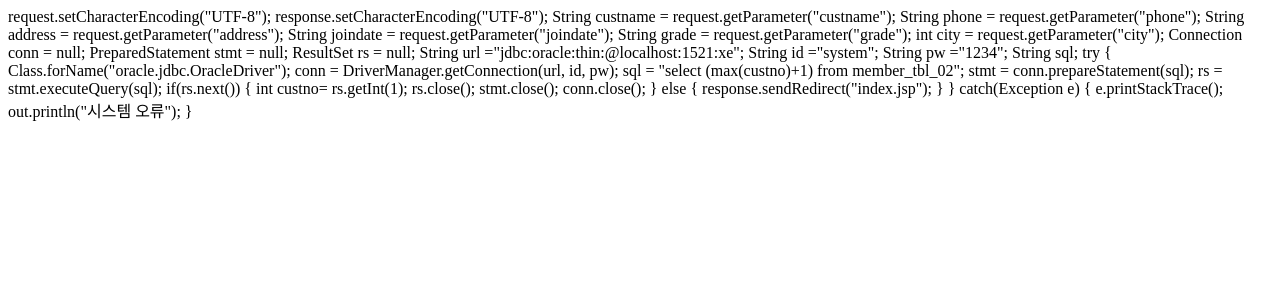
Repository: foodduck/HRD_exam
Page: http://localhost/HRD_1234/registerPro.jsp
An editor plug-in stored every save of this project. The page is shown before and after the next save, followed by the edit.
The browser window is 1280 px wide. The pictures show the whole page.
The page is served by Tomcat 9.

Above is the page before, as saved 2022-02-14 10:02:42.

### HRD_1234/WebContent/registerPro.jsp
<%@ page language="java" contentType="text/html; charset=UTF-8"
    pageEncoding="UTF-8"%>
<%@ page import="java.sql.*" %>
<%@page import="java.util.Date" %>
<%@page import="java.text.SimpleDateFormat" %>

	request.setCharacterEncoding("UTF-8");
	response.setCharacterEncoding("UTF-8");

	String custname = request.getParameter("custname");
	String phone = request.getParameter("phone");
	String address = request.getParameter("address");
	String joindate = request.getParameter("joindate");
	String grade = request.getParameter("grade");
	int city = request.getParameter("city");

	Connection conn = null;
	PreparedStatement stmt = null;
	ResultSet rs = null;
	String url ="jdbc:oracle:thin:@localhost:1521:xe";
	String id ="system";
	String pw ="1234";
	String sql;

	try {
		Class.forName("oracle.jdbc.OracleDriver");
		conn = DriverManager.getConnection(url, id, pw);
		sql = "select (max(custno)+1) from member_tbl_02";
		stmt = conn.prepareStatement(sql);
		rs = stmt.executeQuery(sql);

		if(rs.next()) {
			int custno= rs.getInt(1);
			rs.close();
			stmt.close();
			conn.close();
		} else {
			response.sendRedirect("index.jsp");
		}
	} catch(Exception e) {
		e.printStackTrace();
		out.println("시스템 오류");
	}

After the next save:
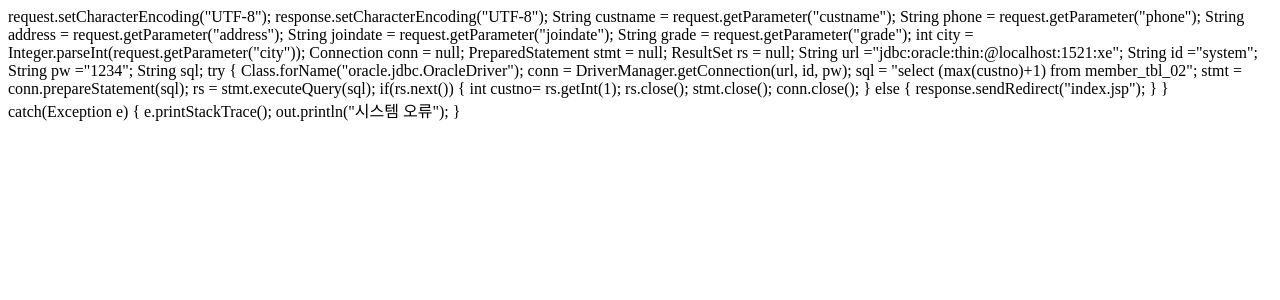
Saved 37 s later.
--- a/HRD_1234/WebContent/registerPro.jsp
+++ b/HRD_1234/WebContent/registerPro.jsp
@@ -12,7 +12,7 @@
 	String address = request.getParameter("address");
 	String joindate = request.getParameter("joindate");
 	String grade = request.getParameter("grade");
-	int city = request.getParameter("city");
+	int city = Integer.parseInt(request.getParameter("city"));
 
 	Connection conn = null;
 	PreparedStatement stmt = null;
